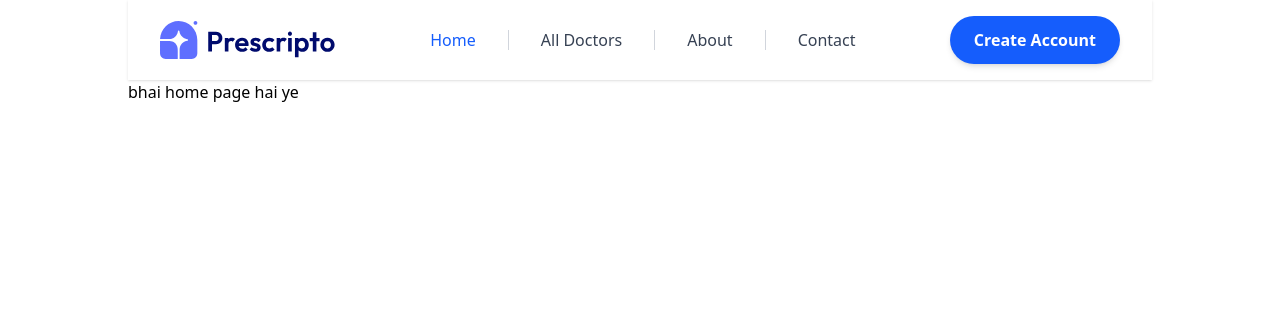
Repository: Pran2535/appointement_booking
Page: / (app in frontend/)
The author's editor kept a copy of each file at every save. The page is drawn from the files as they stood at one save, then again after the next save.
The browser window is 1280 px wide. The pictures show the whole page.
The project was rebuilt for these pictures with package versions that can differ from the ones it lists, and the page was loaded fresh each time. Also part of the build but not shown: frontend/vite.config.js, frontend/src/pages/About.jsx, frontend/src/pages/MyAppointments.jsx, frontend/src/pages/Doctors.jsx, frontend/src/pages/Login.jsx, frontend/src/pages/Contact.jsx, frontend/src/pages/MyProfile.jsx, frontend/src/pages/Appointment.jsx.

Above is the page before, as saved 2025-02-14 21:39:56.

After the next save:
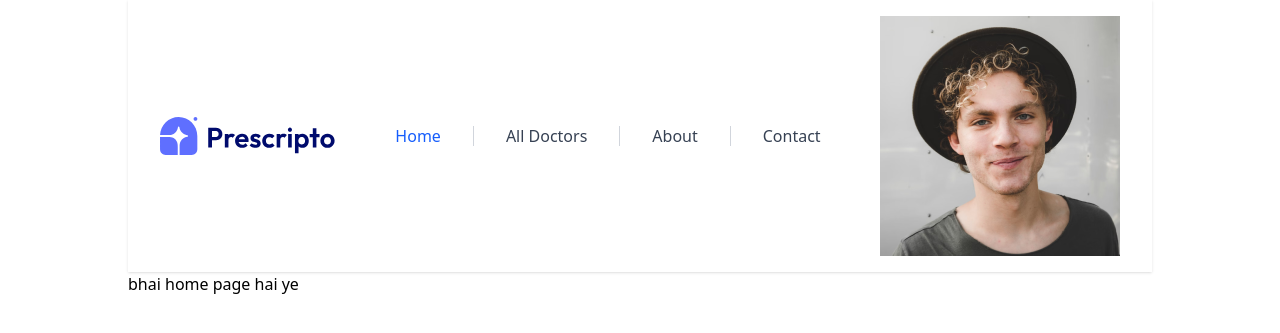
Saved 8 s later.
--- a/frontend/src/components/Navbar.jsx
+++ b/frontend/src/components/Navbar.jsx
@@ -12,7 +12,7 @@ const links = [
 const Navbar = () => {
   const navigate = useNavigate();
   const [showMenu, setShowMenu]=useState(false);
-  const [token,setToken]=useState(false);
+  const [token,setToken]=useState(true);
 
 
   return (
